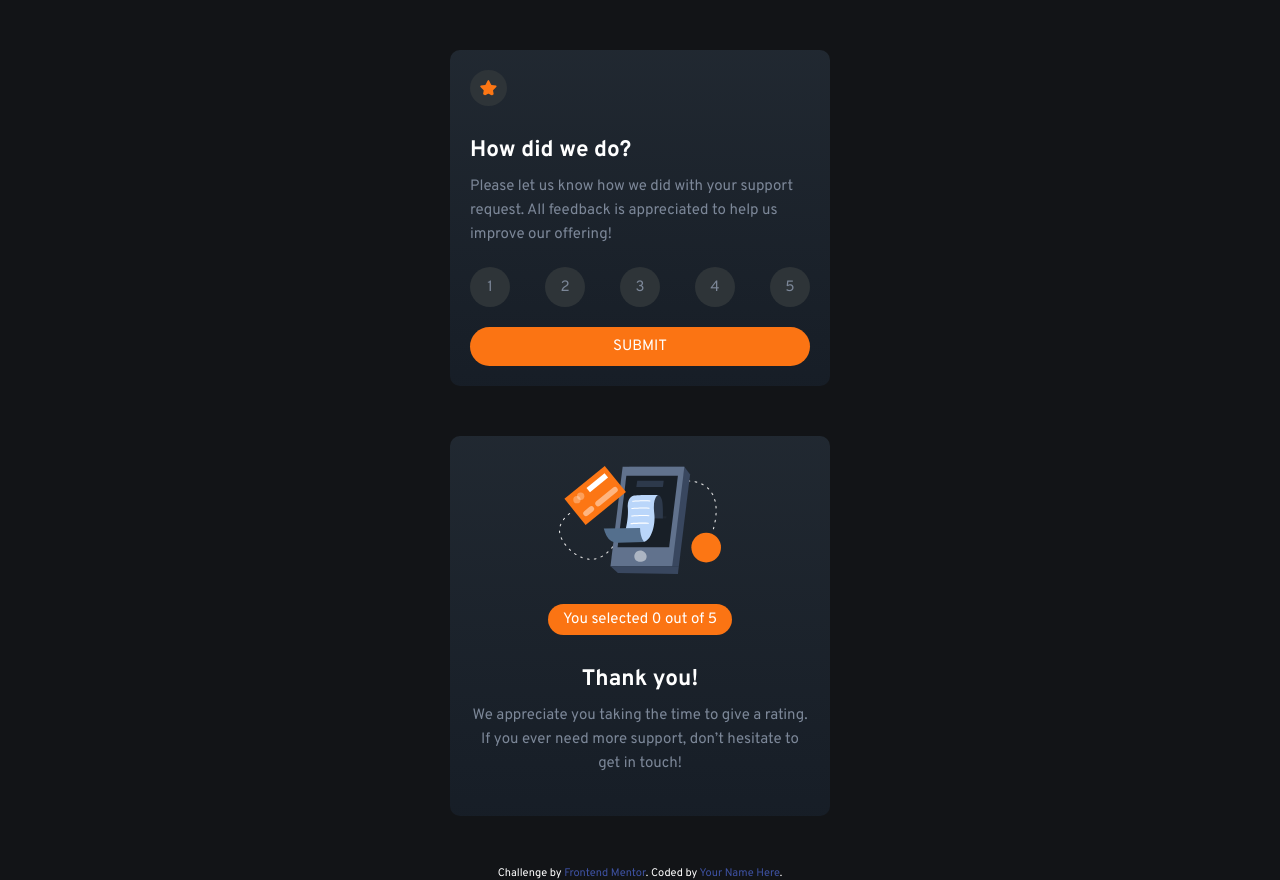
Repository: huynhnhutanhduy/interactive-rating-component
Page: index.html
These files come from the project's save history. The page is drawn as it stood at one moment and after the next save; the edit follows.
The browser window is 1280 px wide. The pictures show the whole page.

Above is the page before, as saved 2022-10-19 11:05:09.

### index.html
<!DOCTYPE html>
<html lang="en">
  <head>
    <meta charset="UTF-8" />
    <meta name="viewport" content="width=device-width, initial-scale=1.0" />
    <!-- displays site properly based on user's device -->
    <link rel="icon" type="image/png" sizes="32x32" href="./images/favicon-32x32.png" />
    <title>Frontend Mentor | Interactive rating component</title>
    <link rel="preconnect" href="https://fonts.googleapis.com" />
    <link rel="preconnect" href="https://fonts.gstatic.com" crossorigin />
    <link
      href="https://fonts.googleapis.com/css2?family=Overpass:wght@400;700&display=swap"
      rel="stylesheet"
    />
    <link rel="stylesheet" href="./app.css" />
  </head>
  <body>
    <main>
      <!-- Rating state start -->
      <article class="rating-container">
        <img src="./images/icon-star.svg" alt="icon-star" class="rating-star" />
        <h2 class="rating-title">How did we do?</h2>
        <p class="rating-desc">
          Please let us know how we did with your support request. All feedback is appreciated
          to help us improve our offering!
        </p>
        <ul class="rating-list">
          <li><button class="rating-item">1</button></li>
          <li><button class="rating-item">2</button></li>
          <li><button class="rating-item">3</button></li>
          <li><button class="rating-item">4</button></li>
          <li><button class="rating-item">5</button></li>
        </ul>
        <button type="submit" class="rating-submit">Submit</button>
      </article>
      <!-- Rating state end -->

      <!-- Thank you state start -->
      <article class="rating-container thank-you">
        <img
          src="./images/illustration-thank-you.svg"
          alt="thank you picture"
          class="rating-thank"
        />
        <p class="rating-result">You selected <span>0</span> out of 5</p>
        <!-- Add rating here -->
        <h2 class="rating-title thank-you">Thank you!</h2>
        <p class="rating-desc thank-you">
          We appreciate you taking the time to give a rating. If you ever need more support,
          don’t hesitate to get in touch!
        </p>
        <!-- Thank you state end -->
      </article>
    </main>

    <footer class="attribution">
      Challenge by
      <a href="https://www.frontendmentor.io?ref=challenge" target="_blank">Frontend Mentor</a
      >. Coded by <a href="#">Your Name Here</a>.
    </footer>

    <script src="./app.js"></script>
  </body>
</html>

### app.css
:root {
  --primary: hsl(25, 97%, 53%);
  --white: hsl(0, 0%, 100%);
  --light-grey: hsl(217, 12%, 63%);
  --medium-grey: hsl(216, 12%, 54%);
  --dark-blue: hsl(213, 19%, 18%);
  --very-dark-blue: hsl(216, 12%, 8%);
}
* {
  margin: 0;
  padding: 0;
  border: 0;
}
*,
*::before,
*::after,
html {
  box-sizing: border-box;
}
html {
  font-size: 62.5%;
}
body {
  font-size: 1.5rem;
  font-family: "Overpass", sans-serif;
  font-weight: normal;
  background-color: var(--very-dark-blue);
}
a {
  text-decoration: none;
}
img {
  display: block;
  max-width: 100%;
}
button {
  outline: none;
  font-size: 1.5rem;
  font-family: "Overpass", sans-serif;
  font-weight: 400;
  cursor: pointer;
}

.attribution {
  font-size: 11px;
  text-align: center;
}
.attribution a {
  color: hsl(228, 45%, 44%);
}

body,
.rating-container,
.rating-submit,
.rating-item:hover,
.rating-item:focus {
  color: var(--white);
}
.rating-container {
  max-width: 38rem;
  background-image: linear-gradient(to top, hsl(214, 26%, 12%), hsl(212, 20%, 16%));
  padding: 2rem;
  border-radius: 1rem;
  margin: 5rem auto;
}
.rating-star,
.rating-item,
.rating-result {
  background-color: hsl(205, 10%, 20%);
}
.rating-star,
.rating-item {
  border-radius: 50%;
}
.rating-star {
  margin-bottom: 3rem;
  padding: 1rem;
}
.rating-title {
  margin-bottom: 1rem;
}
.rating-desc,
.rating-item {
  color: var(--medium-grey);
}
.rating-desc {
  line-height: 1.6;
  margin-bottom: 2rem;
}
.rating-list {
  display: flex;
  justify-content: space-between;
  align-items: center;
  margin-bottom: 2rem;
}
.rating-list li {
  list-style: none;
}
.rating-item {
  width: 4rem;
  height: 4rem;
}
.rating-submit {
  width: 100%;
  padding: 1rem;
  border-radius: 2rem;
  text-transform: uppercase;
}
.thank-you {
  text-align: center;
}
.rating-thank {
  margin: 1rem auto 2rem;
}
.rating-result {
  display: inline-block;
  padding: 6px 1.5rem;
  border-radius: 2rem;
  margin: 1rem 0 3rem;
}
.rating-submit,
.rating-result,
.rating-item:hover {
  background-color: var(--primary);
}
.rating-item:focus {
  background-color: var(--light-grey);
}
.rating-submit:hover {
  background-color: var(--white);
  color: var(--primary);
}

Loaded but not shown: app.js (no stored copy; drawn as an empty file)

After the next save:
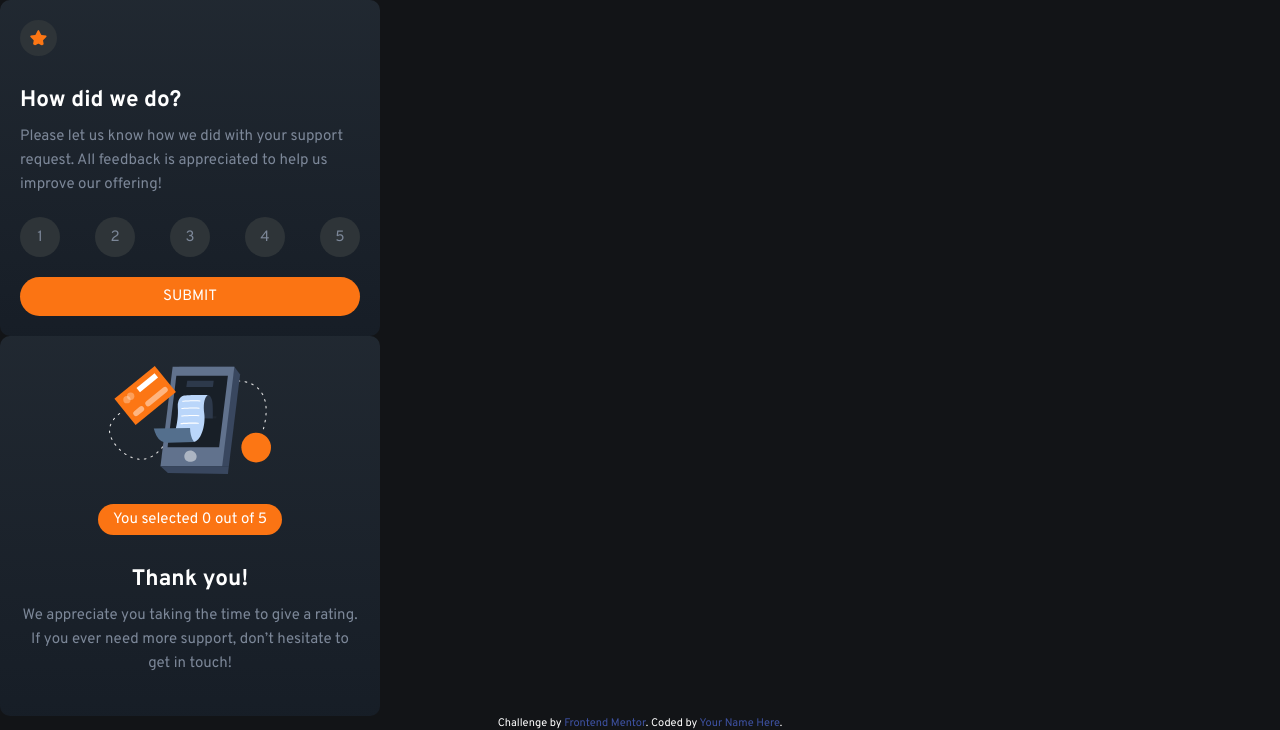
Saved 52 s later.
--- a/app.css
+++ b/app.css
@@ -61,7 +61,7 @@
   background-image: linear-gradient(to top, hsl(214, 26%, 12%), hsl(212, 20%, 16%));
   padding: 2rem;
   border-radius: 1rem;
-  margin: 5rem auto;
+  /* margin: 5rem auto; */
 }
 .rating-star,
 .rating-item,

After the save that followed:
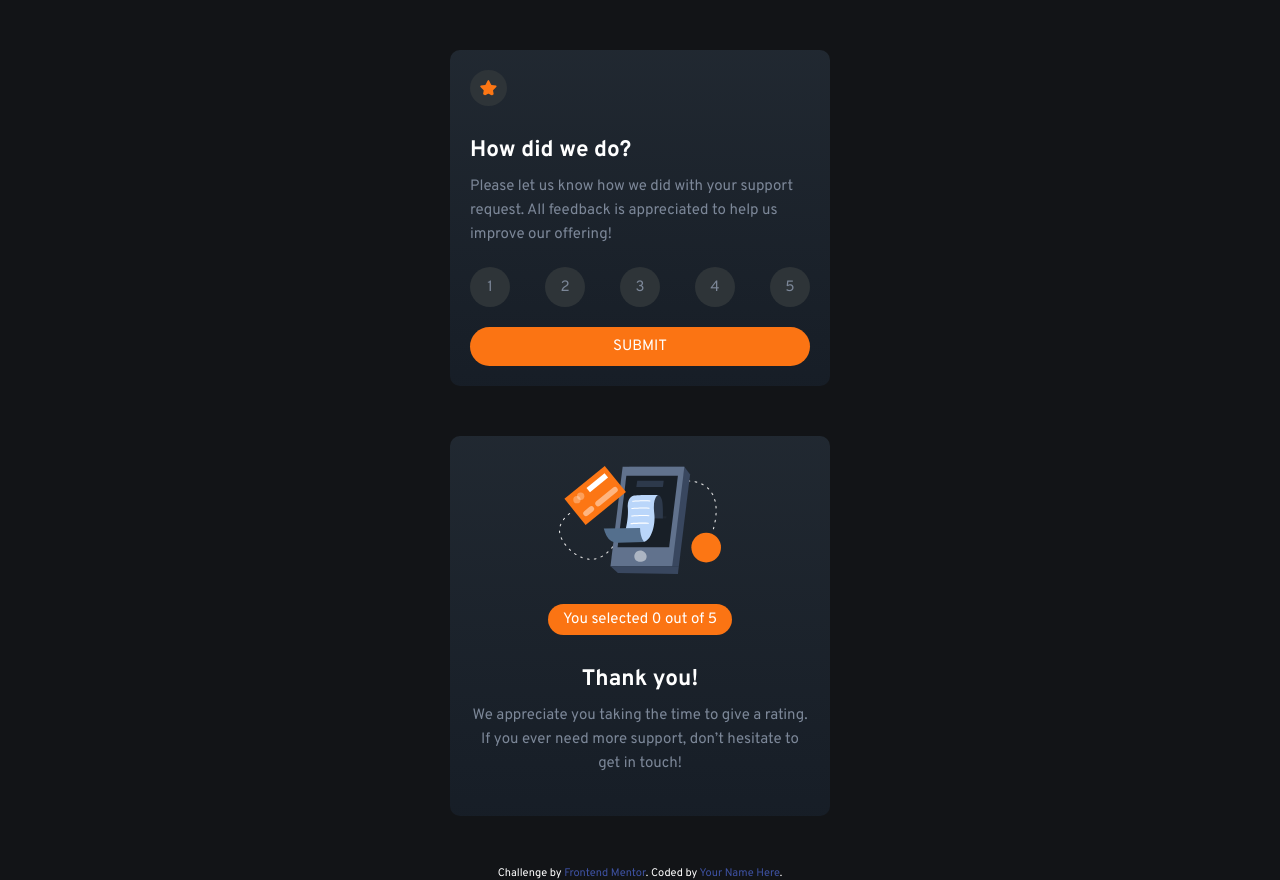
Saved 8 s later.
--- a/app.css
+++ b/app.css
@@ -61,7 +61,7 @@
   background-image: linear-gradient(to top, hsl(214, 26%, 12%), hsl(212, 20%, 16%));
   padding: 2rem;
   border-radius: 1rem;
-  /* margin: 5rem auto; */
+  margin: 5rem auto;
 }
 .rating-star,
 .rating-item,
